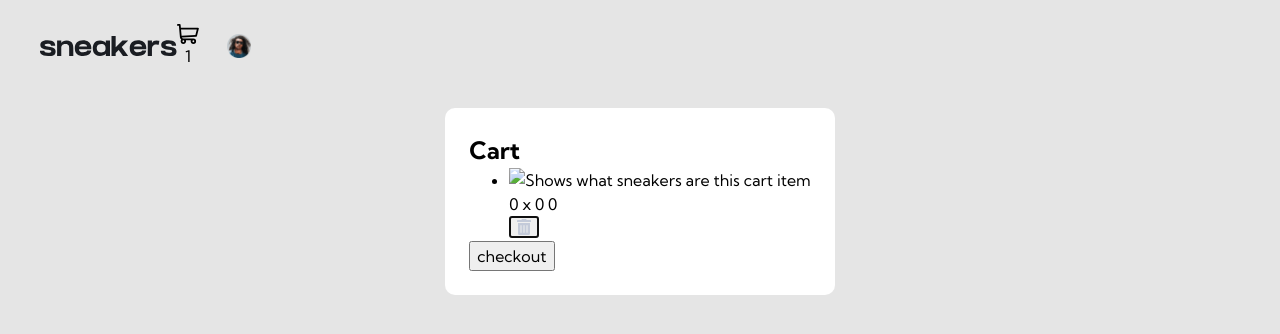
Repository: NikitaVologdin/React-Commerce-Product-Page
Page: /, after clicking the first element matching `button.header__cart-icon`
The author's editor kept a copy of each file at every save. The page is drawn from the files as they stood at one save, then again after the next save.
The browser window is 1280 px wide. The pictures show the whole page.
The project was rebuilt for these pictures with package versions that can differ from the ones it lists, and the page was loaded fresh each time. Also part of the build but not shown: vite.config.ts.

Above is the page before, as saved 2024-11-09 13:16:33.

### index.html
<!DOCTYPE html>
<html lang="en">
  <head>
    <meta charset="UTF-8" />
    <link rel="icon" type="image/svg+xml" href="/vite.svg" />
    <meta name="viewport" content="width=device-width, initial-scale=1.0" />
    <title>Vite + React + TS</title>
  </head>
  <body>
    <div id="root" class="app"></div>
    <script type="module" src="/src/main.tsx"></script>
  </body>
</html>

### src/index.css
@import url("https://fonts.googleapis.com/css2?family=Kumbh+Sans:wght,YOPQ@100..900,40..300&display=swap");
@import "/src/styles/reset.css";
:root {
  font-family: "Kumbh Sans", sans-serif;
  line-height: 1.5;
  font-weight: 400;

  color-scheme: light;
  color: var(--dark-grayish-blue);
  background-color: var(--white);

  font-synthesis: none;
  text-rendering: optimizeLegibility;
  -webkit-font-smoothing: antialiased;
  -moz-osx-font-smoothing: grayscale;

  --orange: hsl(26, 100%, 55%);
  --pale-orange: hsl(25, 100%, 94%);
  --very-dark-blue: hsl(220, 13%, 13%);
  --dark-grayish-blue: hsl(219, 9%, 45%);
  --grayish-blue: hsl(220, 14%, 75%);
  --light-grayish-blue: hsl(223, 64%, 98%);
  --white: hsl(0, 0%, 100%);
  --black: hsla(0, 0%, 0%, 0.75);
}

.header {
  display: flex;
  align-items: center;
  padding: 24px 24px 29px;
  &__logo {
    margin-right: auto;
  }
  &__hamburger {
    margin-right: 16px;
    position: relative;
    top: 1px;
  }
}

.hamburger {
  width: 16px;
  height: 15px;
  display: flex;
  flex-direction: column;
  justify-content: space-between;
  border: none;
  padding: 0;
  background: none;
  cursor: pointer;
  z-index: 1;
  &__line {
    width: 100%;
    height: 3px;
    background-color: var(--dark-grayish-blue);
    opacity: 1;
    transition: opacity 0.15s ease-in-out, transform 0.2s ease-in-out;
  }
  &_close > &__line:last-child {
    opacity: 0;
  }
  &_close > &__line:first-child {
    transform: rotate(45deg) translate(4px, 2px);
  }
  &_close > &__line:nth-child(2) {
    transform: rotate(-45deg) translate(2px, 0px);
  }
}

.nav {
  background-color: var(--white);
  position: absolute;
  height: 100vh;
  top: 0;
  bottom: 0;
  left: -100%;
  padding: 92px 130px 0px 25px;
  transition: left 0.3s ease-in-out;
  &__list {
    display: flex;
    flex-direction: column;
    gap: 20px;
    padding-left: 0;
  }
  &_open {
    left: 0;
  }
}

.nav-list {
  &__item {
    list-style: none;
    color: var(--very-dark-blue);
    font-weight: 700;
    font-size: 18px;
    line-height: 26px;
  }
}

.cart-icon {
  border: none;
  background: none;
  padding: 0;
  position: relative;
  cursor: pointer;
  margin-right: 22px;
  &__amount {
    display: flex;
    justify-content: center;
    align-items: center;
    border-radius: 45%;
    position: absolute;
    top: -6px;
    right: -8px;
    padding: 1px 8px;
    color: var(--white);
    background-color: var(--orange);
    font-size: 10px;
    font-weight: 700;
  }
  &__svg {
    fill: var(--very-dark-blue);
  }
}

.avatar {
  border: none;
  background: none;
  cursor: pointer;
}

.cart {
  border-radius: 10px;
  border: none;
  margin: 0 auto;
  top: 15%;
  padding: 24px;
  &__title {
    font-size: 16px;
    font-weight: 700;
  }
  &__hr {
    background-color: var(--grayish-blue);
    height: 1px;
    margin: 24px 0px;
  }
}

### src/App.tsx
import Header from "./sections/Header";
import Logo from "./components/Logo";
import { IStockItem } from "./types/stock";

function App() {
  const stock: IStockItem[] = [
    {
      title: "Fall Limited Edition Sneakers",
      price: 250,
      discount: 50,
      id: "aa001",
      img: [
        "image-product-1.jpg",
        "image-product-2.jpg",
        "image-product-3.jpg",
        "image-product-4.jpg",
      ],
      thumbnails: [
        "image-product-1-thumbnail.jpg",
        "image-product-2-thumbnail.jpg",
        "image-product-3-thumbnail.jpg",
        "image-product-4-thumbnail.jpg",
      ],
    },
  ];
  return (
    <>
      <Header>
        <Logo logo={"/images/logo.svg"} />
      </Header>
    </>
  );
}

export default App;

### src/styles/reset.css
/*
  Josh's Custom CSS Reset
  https://www.joshwcomeau.com/css/custom-css-reset/
*/

*,
*::before,
*::after {
  box-sizing: border-box;
}

* {
  margin: 0;
}

body {
  line-height: 1.5;
  -webkit-font-smoothing: antialiased;
}

img,
picture,
video,
canvas,
svg {
  display: block;
  max-width: 100%;
}

input,
button,
textarea,
select {
  font: inherit;
}

p,
h1,
h2,
h3,
h4,
h5,
h6 {
  overflow-wrap: break-word;
}

p {
  text-wrap: pretty;
}
h1,
h2,
h3,
h4,
h5,
h6 {
  text-wrap: balance;
}

#root,
#__next {
  isolation: isolate;
}

### src/sections/Header.tsx
"use client";
import { useState, useContext } from "react";
import { type IHeaderProps } from "../types/header";
import CartIcon from "../components/cart/CartIcon";
import Hamburger from "../components/Hamburger";
import Nav from "../components/Nav";
import { cartContext } from "../store/CartContext";
import Cart from "../components/cart/Cart";

interface IAvatarProps {
  user: {
    avatar: string;
  };
}

function Avatar({ user }: IAvatarProps) {
  return (
    <button aria-label="Open profile" className="header__avatar avatar">
      <img
        src={user.avatar}
        width={24}
        height={24}
        alt=""
        className="avatar__img"
      />
    </button>
  );
}

export default function Header({ children }: IHeaderProps) {
  const [isMenuOpen, setIsMenuOpen] = useState<boolean>(false);
  const [isCartOpen, setIsCartOpen] = useState<boolean>(false);
  const ctx = useContext(cartContext);

  const user = { avatar: "/images/image-avatar.png" };

  return (
    <header className="app__header header">
      <Hamburger isMenuOpen={isMenuOpen} setIsMenuOpen={setIsMenuOpen} />
      {children}
      <Nav isMenuOpen={isMenuOpen} />
      <CartIcon
        isCartOpen={isCartOpen}
        setIsCartOpen={setIsCartOpen}
        amount={ctx.items.length}
      />
      <Cart isCartOpen={isCartOpen} items={ctx.items} />
      <Avatar user={user} />
    </header>
  );
}

### src/components/Logo.tsx
export default function Logo({ logo }: { logo: string }) {
  return (
    <img src={logo} alt="" className="header__logo" width={137} height={20} />
  );
}

### src/components/cart/CartIcon.tsx
import { type ICartIconProps } from "../../types/cart";

export default function CartIcon({
  isCartOpen,
  setIsCartOpen,
  amount,
}: ICartIconProps) {
  function toggleCartHandler() {
    setIsCartOpen(true);
  }
  const icon = (
    <svg
      width="22"
      height="20"
      xmlns="http://www.w3.org/2000/svg"
      className="cart-icon__svg"
    >
      <path
        d="M20.925 3.641H3.863L3.61.816A.896.896 0 0 0 2.717 0H.897a.896.896 0 1 0 0 1.792h1l1.031 11.483c.073.828.52 1.726 1.291 2.336C2.83 17.385 4.099 20 6.359 20c1.875 0 3.197-1.87 2.554-3.642h4.905c-.642 1.77.677 3.642 2.555 3.642a2.72 2.72 0 0 0 2.717-2.717 2.72 2.72 0 0 0-2.717-2.717H6.365c-.681 0-1.274-.41-1.53-1.009l14.321-.842a.896.896 0 0 0 .817-.677l1.821-7.283a.897.897 0 0 0-.87-1.114ZM6.358 18.208a.926.926 0 0 1 0-1.85.926.926 0 0 1 0 1.85Zm10.015 0a.926.926 0 0 1 0-1.85.926.926 0 0 1 0 1.85Zm2.021-7.243-13.8.81-.57-6.341h15.753l-1.383 5.53Z"
        fill=""
        fillRule="nonzero"
      />
    </svg>
  );

  return (
    <button
      aria-label={isCartOpen ? "Close cart" : "Open cart"}
      onClick={toggleCartHandler}
      className="header__cart-icon cart-icon"
    >
      {icon}
      <span className="cart-icon__amount">{amount}</span>
    </button>
  );
}

### src/components/Hamburger.tsx
import { type IHamburgerProps } from "../types/hamburger";

export default function Hamburger({
  isMenuOpen,
  setIsMenuOpen,
}: IHamburgerProps) {
  function clickHandler() {
    setIsMenuOpen(!isMenuOpen);
  }
  return (
    <button
      className={`header__hamburger hamburger ${
        isMenuOpen ? "hamburger_close" : ""
      }`}
      onClick={clickHandler}
      aria-label={isMenuOpen ? "Close menu" : "Open menu"}
    >
      <span className="hamburger__line"></span>
      <span className="hamburger__line"></span>
      <span className="hamburger__line"></span>
    </button>
  );
}

### src/components/Nav.tsx
import { type INavProps } from "../types/nav";

export default function Nav({ isMenuOpen }: INavProps) {
  return (
    <nav className={`header__nav nav ${isMenuOpen ? "nav_open" : ""}`}>
      <ul className="nav__list nav-list">
        <li className="nav-list__item">Collections</li>
        <li className="nav-list__item">Men</li>
        <li className="nav-list__item">Women</li>
        <li className="nav-list__item">About</li>
        <li className="nav-list__item">Contact</li>
      </ul>
    </nav>
  );
}

### src/store/CartContext.tsx
import { createContext } from "react";
import { ICartContext } from "../types/cart";

export const cartContext = createContext<ICartContext>({
  items: [{ title: "", price: 0, quantity: 0, discount: 0, id: "", img: [""] }],
  addItemToCart: () => {},
  removeItemFromCart: () => {},
  increaseQuantity: () => {},
  decreaseQuantity: () => {},
});

### src/components/cart/Cart.tsx
import { useRef, useEffect } from "react";
import { type ICartProps, type ICartItem } from "../../types/cart";
import CartItem from "./CartItem";

export default function Cart({ isCartOpen, items }: ICartProps) {
  const dialogRef = useRef<HTMLDialogElement>(null);
  useEffect(() => {
    if (isCartOpen) return dialogRef.current?.showModal();
    return dialogRef.current?.close();
  }, [isCartOpen]);

  return (
    <dialog className="header__cart cart" ref={dialogRef}>
      <h2 className="cart__title">Cart</h2>
      <div className="cart__hr"></div>
      <ul className="cart__list cart-list">
        {items.map((item: ICartItem) => {
          return (
            <CartItem
              title={item.title}
              thumbnails={item.img}
              price={item.price}
              quantity={item.quantity}
              discount={item.discount}
              id={item.id}
              key={item.id}
            />
          );
        })}
      </ul>
      <button className="cart__checkout">checkout</button>
    </dialog>
  );
}

### src/components/cart/CartItem.tsx
import { type ICartItemProps } from "../../types/cart";

export default function CartItem({
  title,
  thumbnails,
  price,
  quantity,
  discount,
}: ICartItemProps) {
  function calculateTotal(
    price: number,
    quantity: number,
    discount: number | null
  ) {
    if (discount) return (price * quantity * discount) / 100;
    return price * quantity;
  }
  const total = calculateTotal(price, quantity, discount);
  return (
    <li className="cart-list__item cart-item">
      <img
        className="cart-item__img"
        src={thumbnails[0]}
        alt="Shows what sneakers are this cart item"
      />
      <h3 className="cart-item__title">{title}</h3>
      <p className="cart-item__paragraph">
        {`${price} x ${quantity} `}
        <span className="cart-item__paragraph_total">{total}</span>
      </p>
      <button
        className="cart-item__delete"
        aria-label={`Press to delete ${title} from the cart`}
      >
        <img src="/images/icon-delete.svg" alt="" width={14} height={16} />
      </button>
    </li>
  );
}

Loaded but not shown: src/main.tsx (common file)

After the next save:
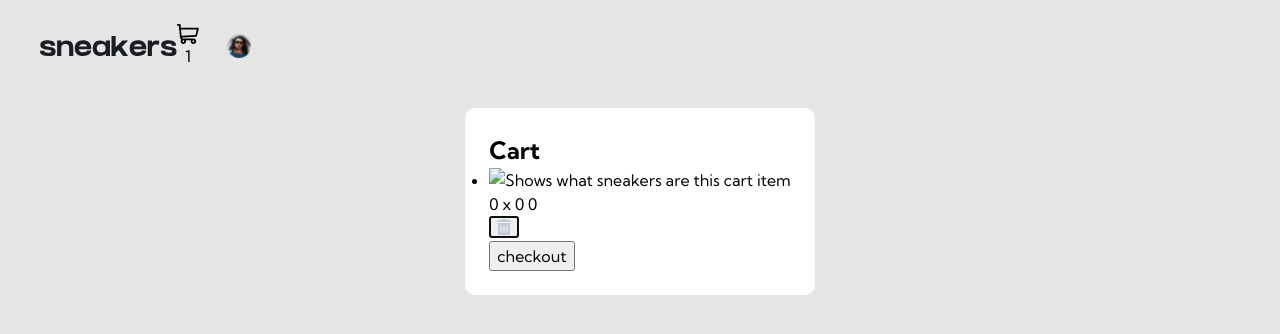
Saved 82 s later.
--- a/src/index.css
+++ b/src/index.css
@@ -145,3 +145,7 @@
     margin: 24px 0px;
   }
 }
+
+.cart-list {
+  padding-left: 0;
+}
